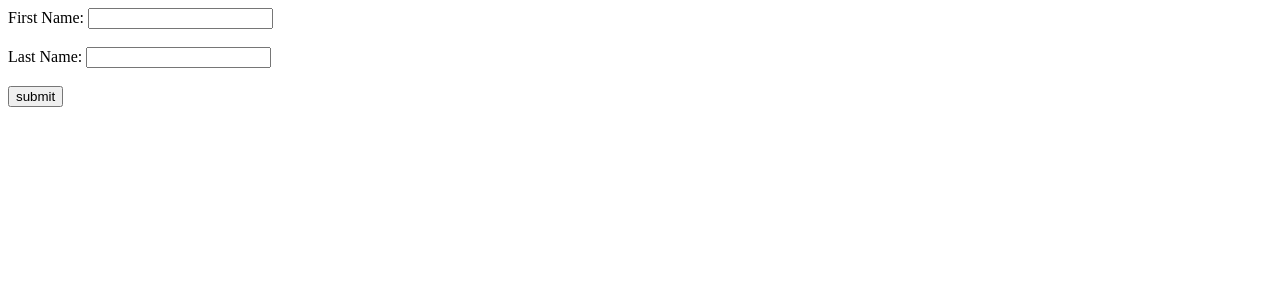
Repository: shailajaJ/database_app
Page: jsp-servlets/jspdemp/WebContent/student-form.html
These files come from the project's save history. The page is drawn as it stood at one moment and after the next save; the edit follows.
The browser window is 1280 px wide. The pictures show the whole page.

Above is the page before, as saved 2017-03-12 17:11:40.

After the next save:
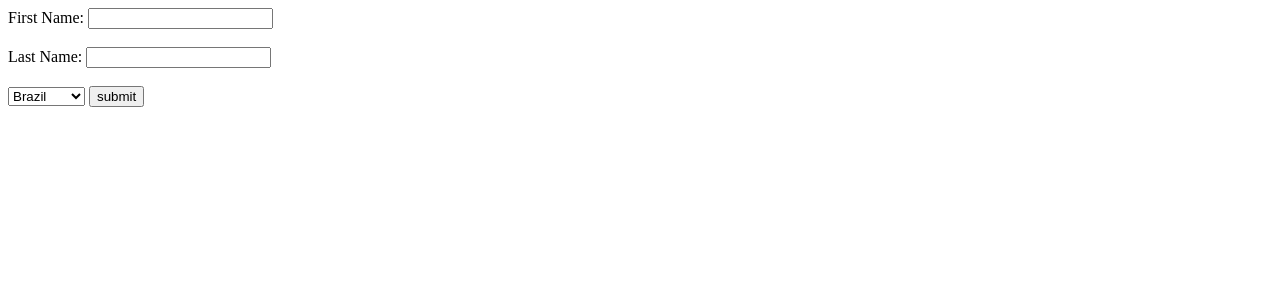
Saved 26 min 19 s later.
--- a/jsp-servlets/jspdemp/WebContent/student-form.html
+++ b/jsp-servlets/jspdemp/WebContent/student-form.html
@@ -1,11 +1,20 @@
 <html>
 <head><title>Student Registration Form</title></head>
 <body>
-	<form action="student-response.jsp">
+	<form action="student-dropdown-response.jsp">
 		First Name: <input type="text" name="firstName">
 		<br></br>
 		Last Name: <input type="text" name="lastName">
 		<br></br>
+		<select name="country">
+			<option>Brazil</option>
+			<option>France</option>
+			<option>Germany</option>
+			<option>USA</option>
+			<option>UK</option>
+			<option>India</option>
+			<option>Japan</option>
+		</select>
 		<input type="submit" value="submit">
 	</form>
 </body>
